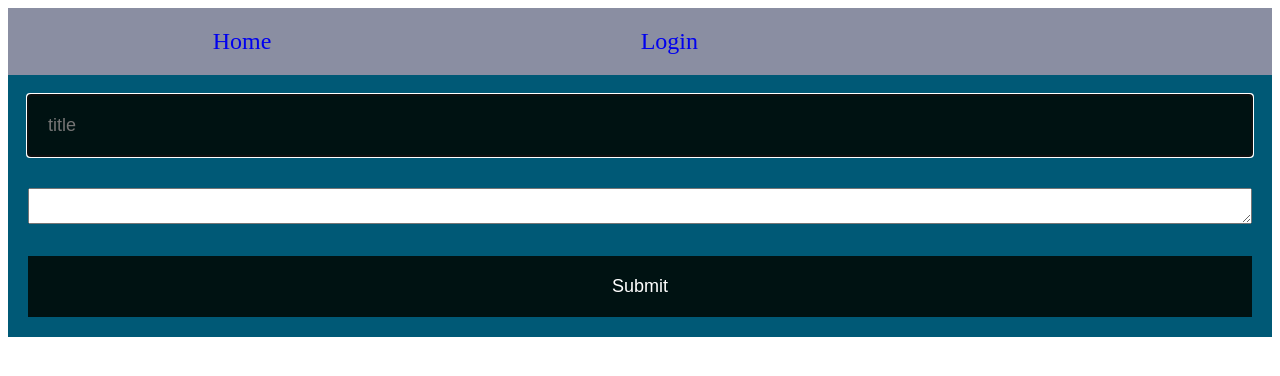
Repository: albinsabu2023/postapp
Page: /createpost
An editor plug-in stored every save of this project. The page is shown before and after the next save, followed by the edit.
The browser window is 1280 px wide. The pictures show the whole page.
The first visible `form input` has the focus.
The project was rebuilt for these pictures with package versions that can differ from the ones it lists, and the page was loaded fresh each time. Also part of the build but not shown: src/Components/Home.tsx, src/Components/Login.tsx.

Above is the page before, as saved 2024-02-05 11:23:22.

### src/App.tsx
import  {BrowserRouter as Router,Routes,Route} from "react-router-dom"
import './App.css';
import Home from "./Components/Home";
import Login from "./Components/Login";
import Navbar from "./Components/Navbar";
import CreatePosts from "./create-post/CreatePosts";


function App() {
  return (
    <div className="App">
      <Router>
         <Navbar/>
        <Routes>
          <Route path ="/" element={<Home/>}/>
          <Route path="/login" element={<Login/>}/>
          <Route path="/createpost" element={<CreatePosts/>}/>
        </Routes>
      </Router>
    </div>
  );
}

export default App;

### src/Components/Navbar.tsx
import React from 'react'
import { Link } from 'react-router-dom'
import  "./Navbar.css"
import {auth } from  "../config/firebase"
import { useAuthState } from 'react-firebase-hooks/auth'
import { signOut } from 'firebase/auth'
function Navbar() {
    const  [user] =useAuthState(auth);
    const signUserOut =async ()=>{
        await signOut(auth);
    }
  return (
    <div className="navContainer">
        <Link to ="/">Home</Link>

        {
            !user ?
            <Link to ="Login">Login</Link> :
            <Link to ="/createpost">CreatePost</Link>
        }
        <div>
            {user&&
            <>
            <p>{user?.displayName}</p>
            <img src={user?.photoURL|| "" } alt="" width="30" height="30"
            />
            <button onClick={signUserOut}>Logout</button>
            </>
            }
        </div>


    </div>
  )
}

export default Navbar

### src/create-post/CreatePosts.tsx
import React from 'react'
import CreateForm from './CreateForm'
import "./CreateForm.css"
function CreatePosts() {



  return (
    <div>
        <CreateForm/>
    </div>
  )
}

export default CreatePosts

### src/config/firebase.ts
// Import the functions you need from the SDKs you need
import { initializeApp } from "firebase/app";
import {getAuth,GoogleAuthProvider} from "firebase/auth"
// Your web app's Firebase configuration
import {getFirestore} from "firebase/firestore"
const firebaseConfig = {
  apiKey: "AIzaSyAXzQPkCsYKttYouVkFv4r2aLbj-85i5zE",
  authDomain: "react-course-dd6fc.firebaseapp.com",
  projectId: "react-course-dd6fc",
  storageBucket: "react-course-dd6fc.appspot.com",
  messagingSenderId: "692642929267",
  appId: "1:692642929267:web:22ba5d27ba69920755e806"
};
// Initialize Firebase
const app = initializeApp(firebaseConfig);
export const auth=getAuth(app);
export const provider = new GoogleAuthProvider();
export const db=getFirestore(app)

### src/Components/Navbar.css
.navContainer{
    display: flex;
    align-items: center;
    justify-content: space-around;
    background-color: rgb(138, 142, 162);
    padding: 20px;



}
.navContainer :link{
    text-decoration:none;
    text-decoration-color: rgb(128, 127, 127);
    font-size: x-large;

}

### src/create-post/CreateForm.tsx
import React from 'react'

import {useForm} from  "react-hook-form"
import { useAuthState } from 'react-firebase-hooks/auth'
import {yupResolver} from "@hookform/resolvers/yup"
import * as yup from "yup"
import  {db,auth} from "../config/firebase"
import { addDoc,collection } from 'firebase/firestore'

interface CreateFormData {
  title:string,
  description:string,

}

function CreateForm() {
  const [user] =useAuthState(auth);
  const schema=yup.object().shape({
  title:yup.string().required("enter the title"),
  description:yup.string().required("enter the description"),
  })

  const {register,handleSubmit,formState :{errors}}=useForm<CreateFormData>({
    resolver:yupResolver(schema),
  })
  const postsRef= collection(db,"posts");
  const createPost = async (data:CreateFormData)=>{
      await addDoc(postsRef,{
        title:data.title,
        description:data.description,
        username :user?.displayName,
        userId:user?.uid,

      })
  }
  return (
    <form onSubmit={handleSubmit(createPost)}>
        <input type="text"  placeholder='title' {...register("title")}/>
        <p>{errors.title?.message}</p>
        <textarea maxLength={300} {...register("description")}/>
        <p>{errors.description?.message}</p>
        <input type="submit"  />
    </form>
  )
}

export default CreateForm

### src/create-post/CreateForm.css
form{
    display: flex;
    flex-direction:column;
    padding: 20px;
    background-color: rgb(0, 89, 118);

}
form input{
    background-color: rgb(0, 18, 18);
    padding: 20px;
    color: white;
    font-size: large;
    border: none;
}
form input:focus {
    border:none
}

Loaded but not shown: public/index.html (common file); src/index.tsx (common file); src/App.css (common file); public/manifest.json (common file)

After the next save:
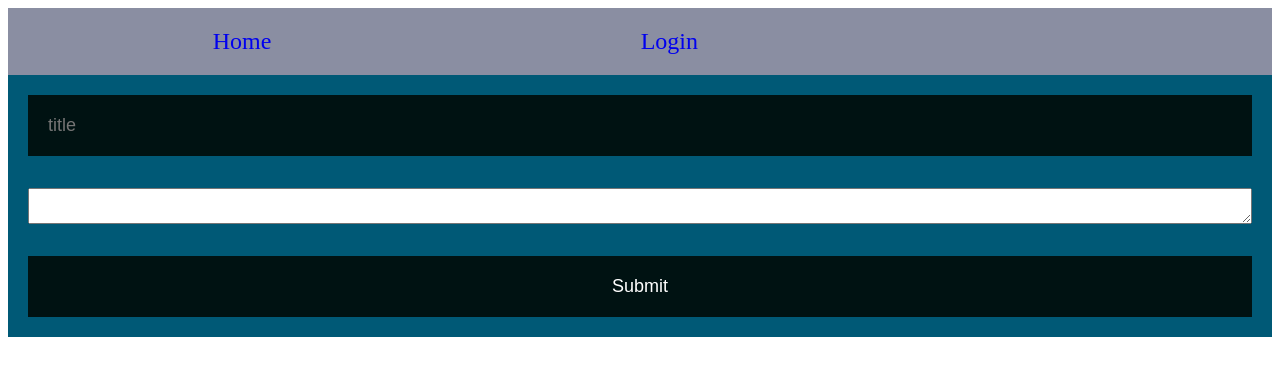
Saved 10 s later.
--- a/src/create-post/CreateForm.css
+++ b/src/create-post/CreateForm.css
@@ -13,5 +13,5 @@ form input{
     border: none;
 }
 form input:focus {
-    border:none
+    outline:none
 }
